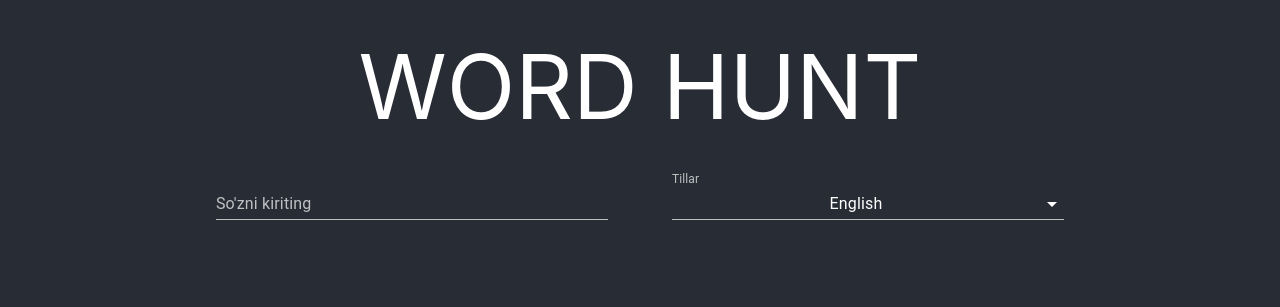
Repository: om1ars/react-translator
Page: /
These files come from the project's save history. The page is drawn as it stood at one moment and after a run of saves; the edit follows.
The browser window is 1280 px wide. The pictures show the whole page.
The page's requests for data from a server got no answer. The project was rebuilt for these pictures with package versions that can differ from the ones it lists, and the page was loaded fresh each time. No one was signed in, and anything a server would have sent is missing. Also part of the build but not shown: src/components/Definitions.css.

Above is the page before, as saved 2021-10-07 15:20:43.

### src/App.js
import "./App.css";
import { useEffect, useState } from "react";
import axios from "axios";
import { Container } from "@material-ui/core";
import { Header } from "./components/Header/Header";

function App() {
  const [word, setword] = useState("");
  const [meanings, setmeanings] = useState([]);
  const [category, setcategory] = useState("en");
  const dictionaryApi = async () => {
    try {
      const data = await axios.get(
        `https://api.dictionaryapi.dev/api/v2/entries/${category}/${word}`
      );

      // console.log(data);
      setmeanings(data.data);
    } catch (error) {
      console.log(error);
    }
  };

  console.log(meanings);
  useEffect(() => {
    dictionaryApi();
  }, [word, category]);

  return (
    <div
      className="App"
      style={{ height: "100vh", backgroundColor: "#282c34", color: "white" }}
    >
      <Container
        maxWidth="md"
        style={{ display: "flex", flexDirection: "column", height: "100vh" }}
      >
        <Header
          category={category}
          setcategory={setcategory}
          word={word}
          setword={setword}
        />
      </Container>
    </div>
  );
}

export default App;

### src/components/Header/Header.js
import {
  createMuiTheme,
  MenuItem,
  MuiThemeProvider,
  TextField,
} from "@material-ui/core";
import React from "react";
import "./Header.css";
import { ThemeProvider } from "@material-ui/styles";
import categoris from "../data/Category";

export const Header = ({ category, setcategory, word, setword }) => {
  const darkTheme = createMuiTheme({
    palette: {
      primary: {
        main: "#fff",
      },
      type: "dark",
    },
  });

  const handleChange = (e) => {
    setcategory(e);
    setword("");
  };

  return (
    <div className="header">
      <span className="title">{word ? word : "Word Hunt"}</span>
      <div className="inputs">
        <ThemeProvider theme={darkTheme}>
          <TextField
            id="standard-basic"
            label="standard"
            className="search"
            id="standard-basic"
            label="So'zni kiriting"
            value={word}
            onChange={(e) => setword(e.target.value)}
          />
          <TextField
            className="select"
            select
            value={category}
            onChange={(e) => handleChange(e.target.value)}
            label="Tillar"
          >
            {categoris.map((option) => (
              <MenuItem key={option.label} value={option.label}>
                {option.value}
              </MenuItem>
            ))}
          </TextField>
        </ThemeProvider>
      </div>
    </div>
  );
};

### src/components/Header/Header.css
.title {
  font-size: 7vw;
  text-transform: uppercase;
  color: white;
}
.header {
  display: flex;
  align-items: center;
  justify-content: space-evenly;
  flex-direction: column;
  height: 35vh;
  width: 100%;
}
@media (max-width: 900px) {
  .header {
    height: 25vh;
  }
  .title {
      font-size: 11vw;
  }
}
.inputs {
    width: 100%;
    display: flex;
    justify-content: space-around;
}
.search {
    width: 43%;
}
.select {
    width: 43%;
}

### src/components/Definitions.js
import React from 'react'
import './Definitions.css'

export const Definitions = () => {
    return (
        <div>
            Hello
        </div>
    )
}

Loaded but not shown: public/index.html (common file); src/index.js (common file); src/index.css (common file); src/reportWebVitals.js (common file); src/App.css (common file); src/components/data/Category.js (common file)

After the next 5 saves:
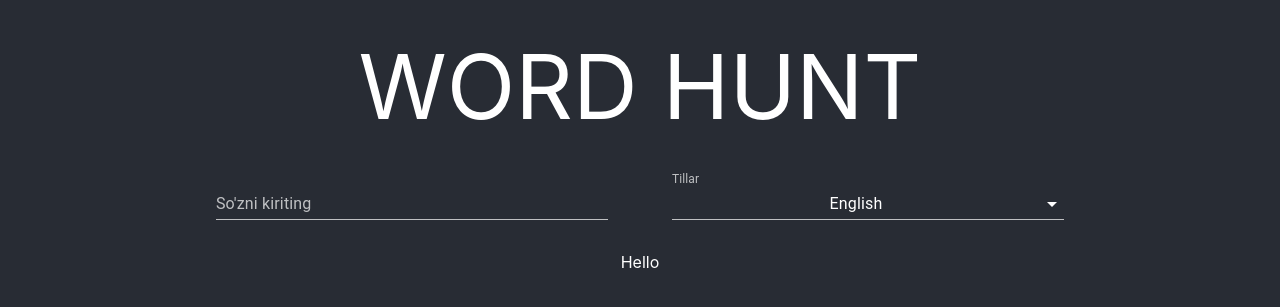
The 5 saves are shown as one change because 1 did not build or start and some came seconds apart.
The last was saved 34 s later.
--- a/src/App.js
+++ b/src/App.js
@@ -3,6 +3,7 @@ import { useEffect, useState } from "react";
 import axios from "axios";
 import { Container } from "@material-ui/core";
 import { Header } from "./components/Header/Header";
+import { Definitions } from "./components/Definitions";
 
 function App() {
   const [word, setword] = useState("");
@@ -41,6 +42,7 @@ function App() {
           word={word}
           setword={setword}
         />
+        <Definitions />
       </Container>
     </div>
   );
